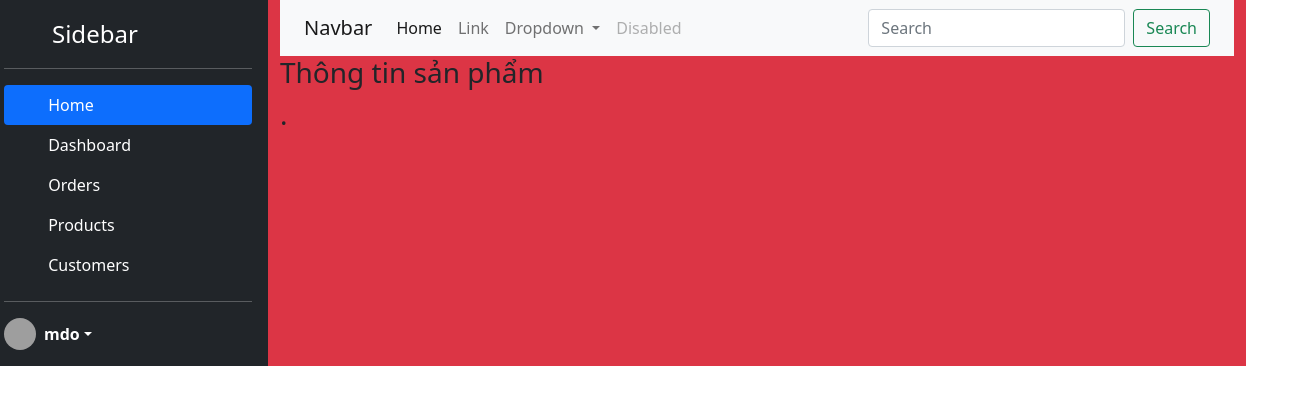
Repository: Lehuyhuynh/BT12-BOOTSTRAP
Page: index.html
These files come from the project's save history. The page is drawn as it stood at one moment and after the next save; the edit follows.
The browser window is 1280 px wide. The page is 1292 px wide, so the pictures cover 1292 px, including what lies to the right of the window. The pictures show the whole page.
Pictures or frames that could not be fetched are drawn as grey boxes.

Above is the page before, as saved 2023-08-19 22:09:51.

### index.html
<!DOCTYPE html>
<html lang="en">
<head>
  <link href="https://cdn.jsdelivr.net/npm/bootstrap@5.1.3/dist/css/bootstrap.min.css" rel="stylesheet" integrity="sha384-1BmE4kWBq78iYhFldvKuhfTAU6auU8tT94WrHftjDbrCEXSU1oBoqyl2QvZ6jIW3" crossorigin="anonymous">
  <meta charset="UTF-8">
  <meta name="viewport" content="width=device-width, initial-scale=1.0">
  <title>BT2</title>
</head>
<body>
  <div class="row">
    <div class=" col-3 d-flex flex-column flex-shrink-0 p-3 text-white bg-dark rounded-lg" style="width: 280px;">
      <a href="/" class="d-flex align-items-center mb-3 mb-md-0 me-md-auto text-white text-decoration-none">
        <svg class="bi me-2" width="40" height="32"><use xlink:href="#bootstrap"></use></svg>
        <span class="fs-4">Sidebar</span>
      </a>
      <hr>
      <ul class="nav nav-pills flex-column mb-auto">
        <li class="nav-item">
          <a href="#" class="nav-link active" aria-current="page">
            <svg class="bi me-2" width="16" height="16"><use xlink:href="#home"></use></svg>
            Home
          </a>
        </li>
        <li>
          <a href="#" class="nav-link text-white">
            <svg class="bi me-2" width="16" height="16"><use xlink:href="#speedometer2"></use></svg>
            Dashboard
          </a>
        </li>
        <li>
          <a href="#" class="nav-link text-white">
            <svg class="bi me-2" width="16" height="16"><use xlink:href="#table"></use></svg>
            Orders
          </a>
        </li>
        <li>
          <a href="#" class="nav-link text-white">
            <svg class="bi me-2" width="16" height="16"><use xlink:href="#grid"></use></svg>
            Products
          </a>
        </li>
        <li>
          <a href="#" class="nav-link text-white">
            <svg class="bi me-2" width="16" height="16"><use xlink:href="#people-circle"></use></svg>
            Customers
          </a>
        </li>
      </ul>
      <hr>
      <div class="dropdown">
        <a href="#" class="d-flex align-items-center text-white text-decoration-none dropdown-toggle" id="dropdownUser1" data-bs-toggle="dropdown" aria-expanded="false">
          <img src="https://github.com/mdo.png" alt="" width="32" height="32" class="rounded-circle me-2">
          <strong>mdo</strong>
        </a>
        <ul class="dropdown-menu dropdown-menu-dark text-small shadow" aria-labelledby="dropdownUser1" style="">
          <li><a class="dropdown-item" href="#">New project...</a></li>
          <li><a class="dropdown-item" href="#">Settings</a></li>
          <li><a class="dropdown-item" href="#">Profile</a></li>
          <li><hr class="dropdown-divider"></li>
          <li><a class="dropdown-item" href="#">Sign out</a></li>
        </ul>
      </div>
    </div>
    <div class="main-content bg-danger col-9" >
      <nav class="navbar navbar-expand-lg navbar-light bg-light">
        <div class="container-fluid">
          <a class="navbar-brand" href="#">Navbar</a>
          <button class="navbar-toggler" type="button" data-bs-toggle="collapse" data-bs-target="#navbarSupportedContent" aria-controls="navbarSupportedContent" aria-expanded="false" aria-label="Toggle navigation">
            <span class="navbar-toggler-icon"></span>
          </button>
          <div class="collapse navbar-collapse" id="navbarSupportedContent">
            <ul class="navbar-nav me-auto mb-2 mb-lg-0">
              <li class="nav-item">
                <a class="nav-link active" aria-current="page" href="#">Home</a>
              </li>
              <li class="nav-item">
                <a class="nav-link" href="#">Link</a>
              </li>
              <li class="nav-item dropdown">
                <a class="nav-link dropdown-toggle" href="#" id="navbarDropdown" role="button" data-bs-toggle="dropdown" aria-expanded="false">
                  Dropdown
                </a>
                <ul class="dropdown-menu" aria-labelledby="navbarDropdown">
                  <li><a class="dropdown-item" href="#">Action</a></li>
                  <li><a class="dropdown-item" href="#">Another action</a></li>
                  <li><hr class="dropdown-divider"></li>
                  <li><a class="dropdown-item" href="#">Something else here</a></li>
                </ul>
              </li>
              <li class="nav-item">
                <a class="nav-link disabled" href="#" tabindex="-1" aria-disabled="true">Disabled</a>
              </li>
            </ul>
            <form class="d-flex">
              <input class="form-control me-2" type="search" placeholder="Search" aria-label="Search">
              <button class="btn btn-outline-success" type="submit">Search</button>
            </form>
          </div>
        </div>
      </nav>
      <div class="row">

        <h3>Thông tin sản phẩm<h3>

          <div class="more col-8">

            <div class="product">

            </div>
          </div>

          .






      </div>
    </div>


  </div>

  <script src="https://cdn.jsdelivr.net/npm/bootstrap@5.1.3/dist/js/bootstrap.bundle.min.js" integrity="sha384-ka7Sk0Gln4gmtz2MlQnikT1wXgYsOg+OMhuP+IlRH9sENBO0LRn5q+8nbTov4+1p" crossorigin="anonymous"></script>
</body>
</html>

After the next save:
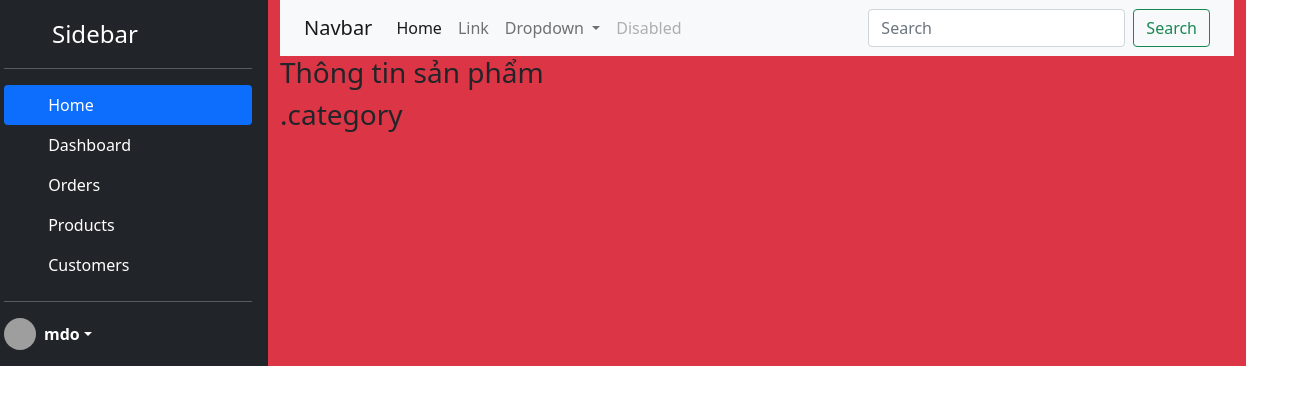
Saved 22 s later.
--- a/index.html
+++ b/index.html
@@ -109,7 +109,7 @@
             </div>
           </div>
 
-          .
+          .category
 
 
 

After the save that followed:
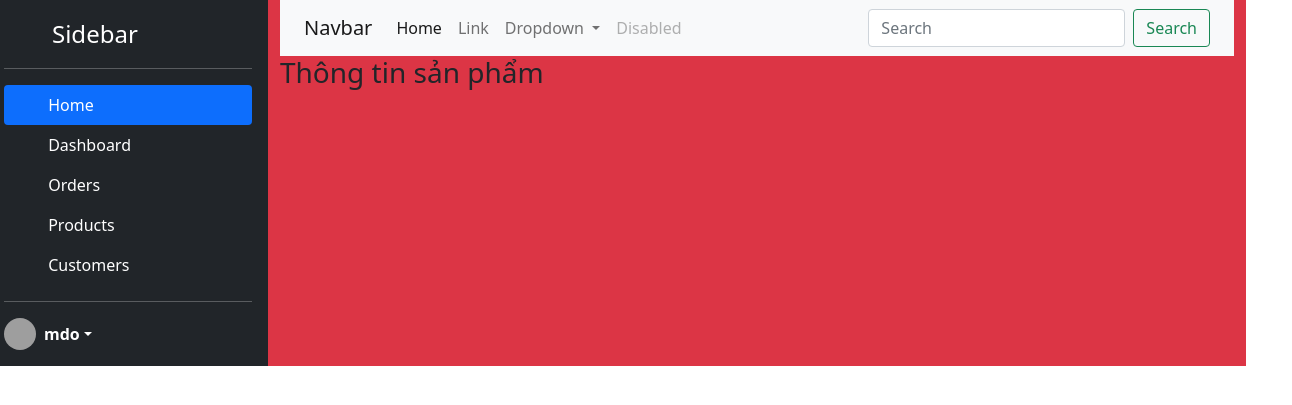
Saved 7 s later.
--- a/index.html
+++ b/index.html
@@ -109,7 +109,7 @@
             </div>
           </div>
 
-          .category
+          <div class="category"></div>
 
 
 
